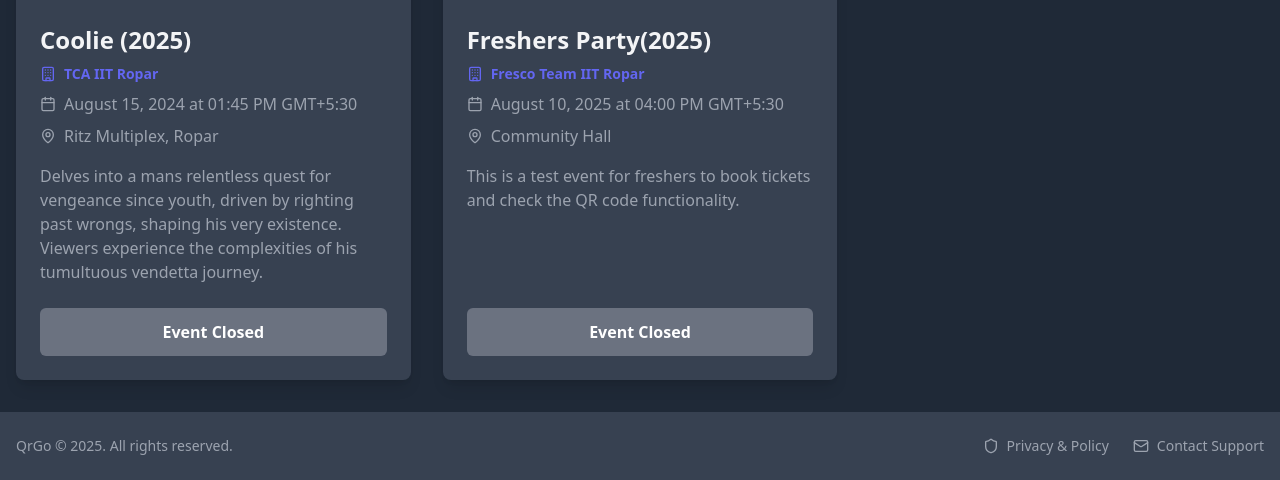
Repository: Dhakshin2007/QrGo
Page: /
The author's editor kept a copy of each file at every save. The page is drawn from the files as they stood at one save, then again after a run of saves.
The browser window is 1280 px wide. The pictures show the part of the page from y = 1872 to 2352 px (the page is 2352 px tall).
Some web libraries are served in a nearby version. The project was rebuilt for these pictures with package versions that can differ from the ones it lists, and the page was loaded fresh each time. Also part of the build but not shown: vite.config.ts, pages/BookingPage.tsx, components/TicketCard.tsx, pages/MyTicketsPage.tsx, services/aiService.ts, pages/AdminPage.tsx, pages/PrivacyPolicyPage.tsx.

Above is the page before, as saved 2025-08-18 17:12:54.

After the next 2 saves:
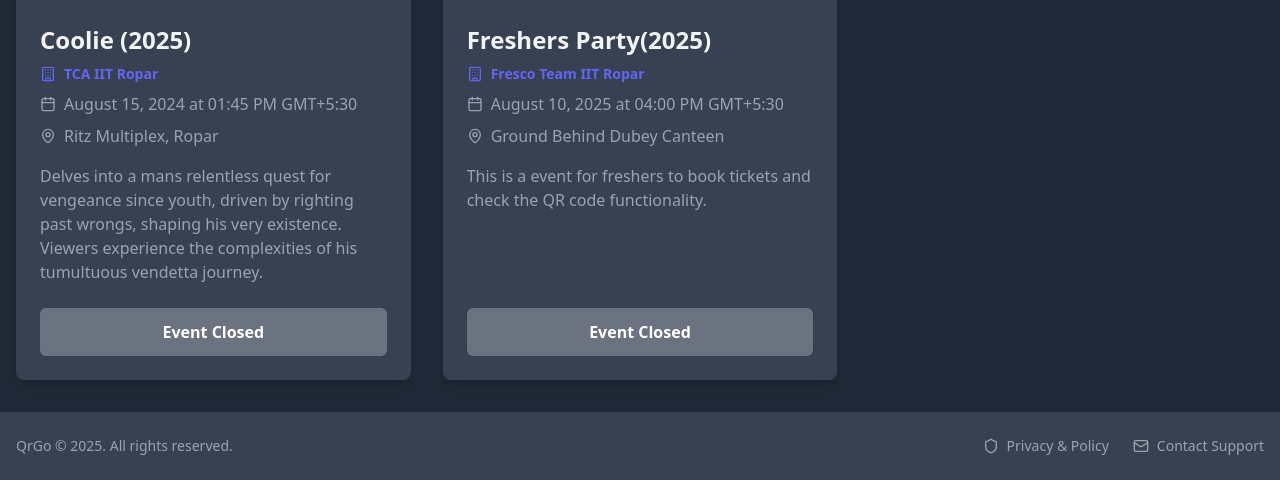
The 2 saves are shown as one change because they came seconds apart.
The last was saved 25 s later.
--- a/constants.ts
+++ b/constants.ts
@@ -46,8 +46,8 @@
     organizerId: 'org-2',
     name: 'Freshers Party(2025)',
     date: '2025-08-10T10:30:00Z',
-    venue: 'Community Hall',
-    description: 'This is a test event for freshers to book tickets and check the QR code functionality.',
+    venue: 'Ground Behind Dubey Canteen',
+    description: 'This is a event for freshers to book tickets and check the QR code functionality.',
     image: 'https://images.unsplash.com/photo-1587620962725-abab7fe55159?q=80&w=2070&auto=format&fit=crop',
     status: EventStatus.Closed,
     requiresEntryNumber: true,
